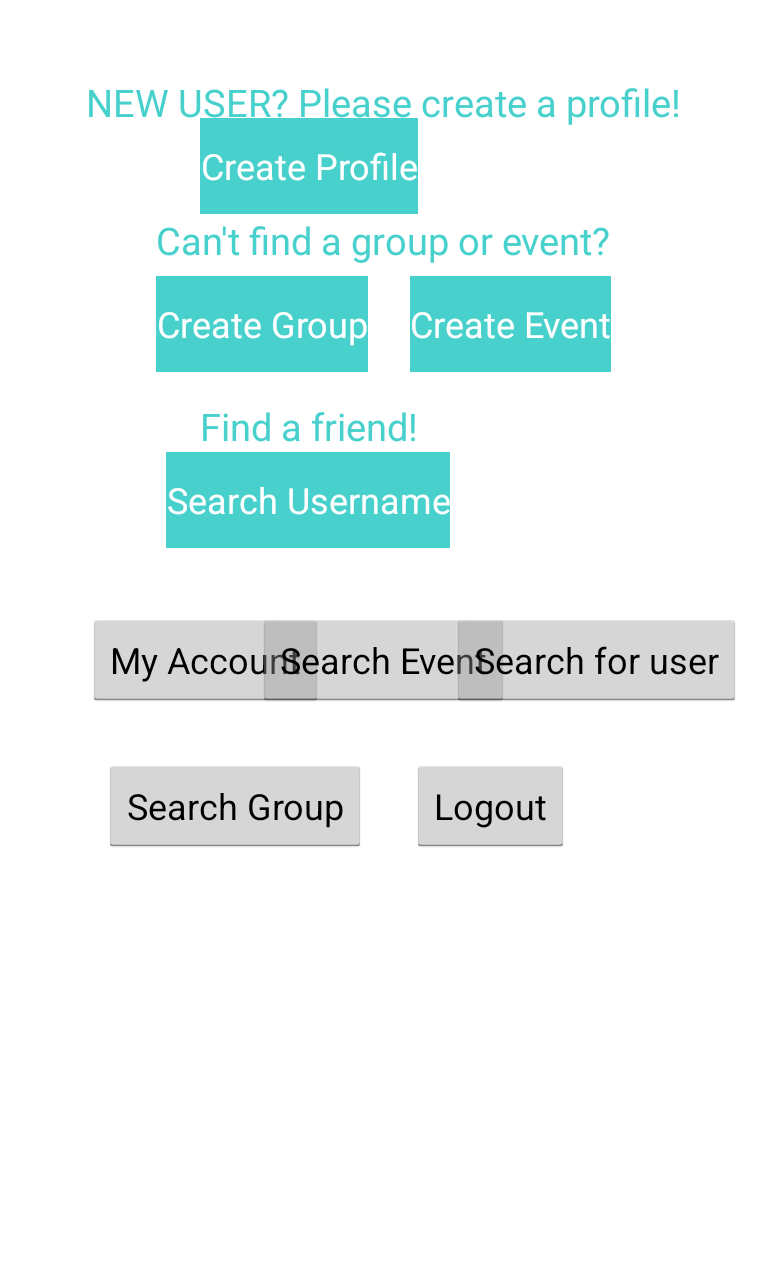
Repository: COMP231-S63G1/COMP231-S63G1
Layout: Wanna/res/layout/activity_person_login_success.xml
These files come from the project's save history. The layout is drawn as it stood at one moment and after the next save; the edit follows.
It is drawn on a 768 x 1280 px phone screen (xhdpi) without system bars, with theme AppTheme; the app's code is not run.

Above is the layout before, as saved 2014-12-08 03:21:34.

After the next save:
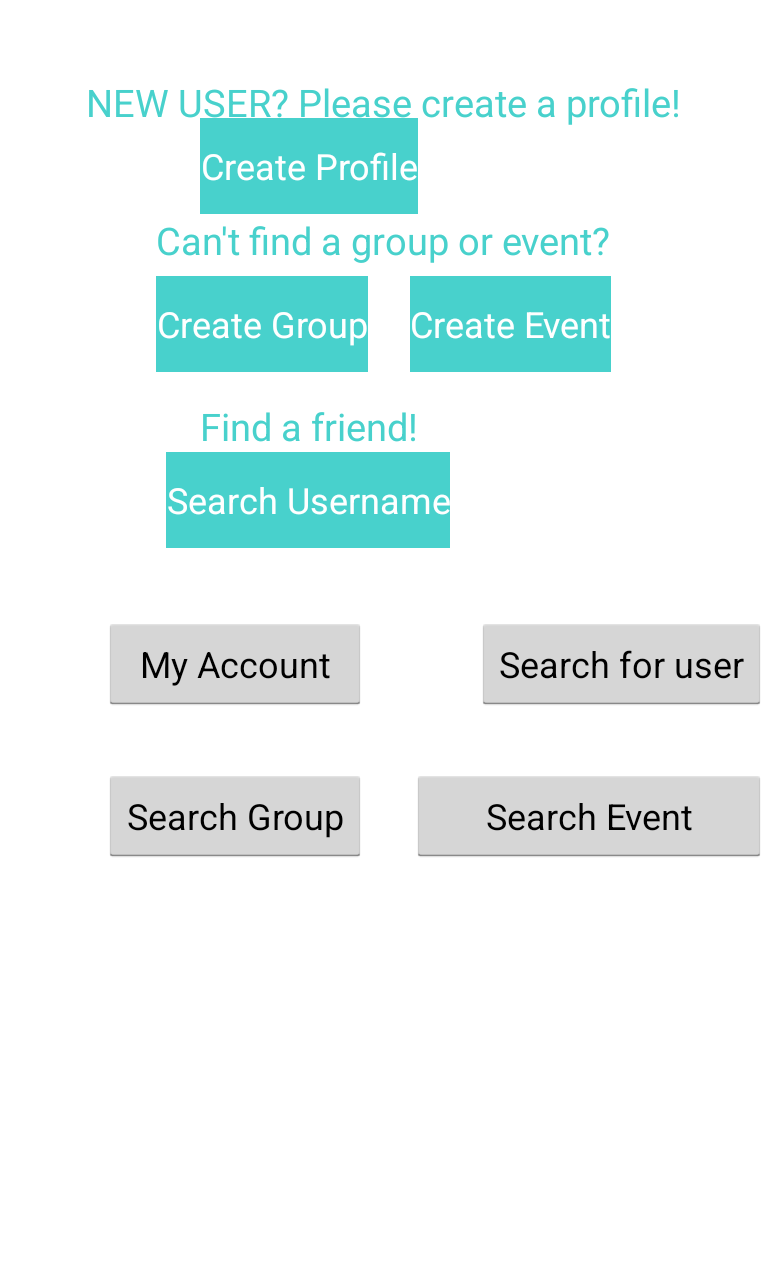
Saved 35 s later.
--- a/Wanna/res/layout/activity_person_login_success.xml
+++ b/Wanna/res/layout/activity_person_login_success.xml
@@ -100,37 +100,36 @@
         android:textSize="19sp" />
 
     <Button
-        android:id="@+id/button4"
-        android:layout_width="wrap_content"
-        android:layout_height="wrap_content"
-        android:layout_alignLeft="@+id/textView1"
-        android:layout_below="@+id/button1"
-        android:layout_marginTop="32dp"
-        android:text="My Account"
-        android:onClick="myaccountclick"
-        />
-
-    <Button
         android:id="@+id/button5"
         android:layout_width="wrap_content"
         android:layout_height="wrap_content"
-        android:layout_alignBaseline="@+id/button4"
-        android:layout_alignBottom="@+id/button4"
-        android:layout_centerHorizontal="true"
-        android:text="Search Event"
+        android:layout_alignBaseline="@+id/button7"
+        android:layout_alignBottom="@+id/button7"
+        android:layout_alignLeft="@+id/button9"
+        android:layout_alignParentRight="true"
         android:onClick="searcheventclick"
-        />
+        android:text="Search Event" />
 
     <Button
         android:id="@+id/button6"
         android:layout_width="wrap_content"
         android:layout_height="wrap_content"
-        android:layout_alignBaseline="@+id/button5"
-        android:layout_alignBottom="@+id/button5"
-        android:layout_toRightOf="@+id/button1"
-        android:text="Search for user"
+        android:layout_alignBaseline="@+id/button4"
+        android:layout_alignBottom="@+id/button4"
+        android:layout_alignParentRight="true"
         android:onClick="searchfilterationclick"
-        />
+        android:text="Search for user" />
+
+    <Button
+        android:id="@+id/button4"
+        android:layout_width="wrap_content"
+        android:layout_height="wrap_content"
+        android:layout_alignLeft="@+id/button7"
+        android:layout_alignRight="@+id/button7"
+        android:layout_below="@+id/button1"
+        android:layout_marginTop="34dp"
+        android:onClick="myaccountclick"
+        android:text="My Account" />
 
     <Button
         android:id="@+id/button7"
@@ -138,19 +137,8 @@
         android:layout_height="wrap_content"
         android:layout_alignRight="@+id/button2"
         android:layout_below="@+id/button4"
-        android:layout_marginTop="25dp"
-        android:text="Search Group"
+        android:layout_marginTop="28dp"
         android:onClick="searchgroupclick"
-         />
-
-    <Button
-        android:id="@+id/button8"
-        android:layout_width="wrap_content"
-        android:layout_height="wrap_content"
-        android:layout_alignBottom="@+id/button7"
-        android:layout_alignLeft="@+id/button9"
-        android:text="Logout"
-        android:onClick="logoutclick"
-        />
+        android:text="Search Group" />
 
 </RelativeLayout>
